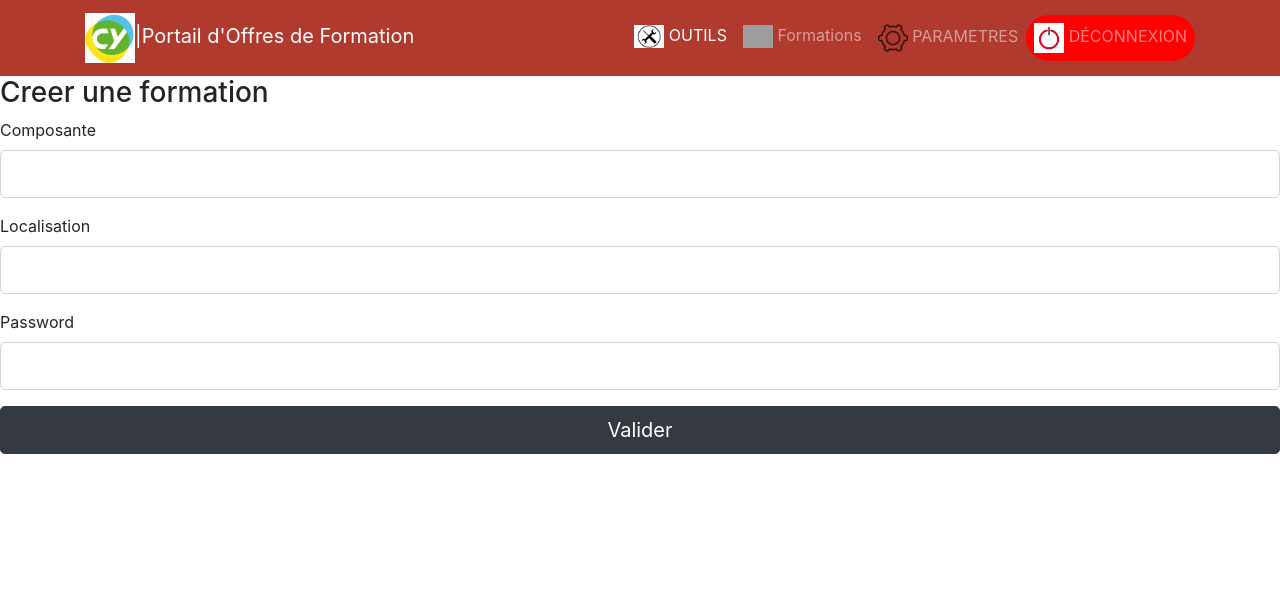
Repository: BaldeThierno1990/Projet-1-formation-tableau-generique-vue-export
Page: / (app in mcc/)
These files come from the project's save history. The page is drawn as it stood at one moment and after the next save; the edit follows.
The browser window is 1280 px wide. The pictures show the whole page.
Pictures or frames that could not be fetched are drawn as grey boxes. The project was rebuilt for these pictures with package versions that can differ from the ones it lists, and the page was loaded fresh each time.

Above is the page before, as saved 2021-03-29 11:05:26.

### mcc/src/main.js
import Vue from 'vue'
import App from './App.vue'

import 'bootstrap';
import 'bootstrap/dist/css/bootstrap.min.css';

Vue.config.productionTip = false

new Vue({
  render: h => h(App),
}).$mount('#app')

### mcc/src/App.vue
<template>
  <div id="app">
    <v-header></v-header>
   <creat-form></creat-form>

  </div>
</template>

<script>

import VHeader from "./components/menu/VHeader.vue";


import CreatForm from './components/tableau/Creat-form.vue';

export default {
  name: "App",
  components: {
    VHeader,
    CreatForm,


  },
};
</script>

<style>
#app {
  font-family: Avenir, Helvetica, Arial, sans-serif;
  -webkit-font-smoothing: antialiased;
  -moz-osx-font-smoothing: grayscale;
  text-align: center;
  color: #2c3e50;
}
#nav {
  padding: 30px;
}
/*Pour tous les appareils équipés d'écrans et dont la taille est inférieure à 780px*/
@media screen and (max-width: 780px){
    body{
        background-color: #848; /*Violet*/
  }
    .conteneur-flex{
        flex-flow: column wrap;
    }
}

### mcc/src/components/menu/VHeader.vue
<template>
  <div class="header">
    <!-- Navigation -->
    <nav class="navbar navbar-expand-lg navbar-dark static-top" id="nav">
      <div class="container">
        <a class="navbar-brand" href="#">
          <img src="@/assets/logo.jpg" alt="Logo" width="50" />|Portail d'Offres
          de Formation
        </a>
        <button
          class="navbar-toggler"
          type="button"
          data-toggle="collapse"
          data-target="#navbarResponsive"
          aria-controls="navbarResponsive"
          aria-expanded="false"
          aria-label="Toggle navigation"
        >
          <span class="navbar-toggler-icon"></span>
        </button>
        <div class="collapse navbar-collapse" id="navbarResponsive">
          <ul class="navbar-nav ml-auto">
            <li class="nav-item active">
              <a class="nav-link" href="#">
                <img src="@/assets/icone_outils.jpg" alt="Outils" width="30" />
                OUTILS
                <span class="sr-only">(current)</span>
              </a>
            </li>

            <li class="nav-item">
              <a class="nav-link" href="#"
                ><img
                  src="@/assets/icone_formation.png"
                  alt="Formation"
                  width="30"
                />
                Formations</a
              >
            </li>
            <li class="nav-item">
              <a class="nav-link" href="#"
                ><img
                  src="@/assets/icone_parametre.png"
                  alt="Parametre"
                  width="30"
                />
                PARAMETRES</a
              >
            </li>
            <li class="nav-item">
              <a id="out" class="nav-link" href="#">
                <img
                  src="@/assets/icone_deconnexion.jpeg"
                  alt="Formation"
                  width="30"
                />
                DÉCONNEXION</a
              >
            </li>
          </ul>
        </div>
      </div>
    </nav>
  </div>
</template>
<style>
#nav {
  background-color: #b03a2e;
}
#out {
  background-color: red;
  border-radius: 30px;
}
li a {
  color: white;
}
</style>

### mcc/src/components/tableau/Creat-form.vue
<template>
    <div class="vue-tempalte">
        <form>
            <h3>Creer une formation</h3>

            <div class="form-group">
                <label>Composante</label>
                <input type="text" class="form-control form-control-lg"/>
            </div>

            <div class="form-group">
                <label>Localisation</label>
                <input type="email" class="form-control form-control-lg" />
            </div>

            <div class="form-group">
                <label>Password</label>
                <input type="password" class="form-control form-control-lg" />
            </div>

            <button type="submit" class="btn btn-dark btn-lg btn-block">Valider</button>


        </form>
    </div>
</template>

<script>
    export default {
       data() {
    return {
      form: {
        name: "",
        email: "",
        password: " "
      }
    };
  },


      }



</script>

Loaded but not shown: mcc/public/index.html (common file)

After the next save:
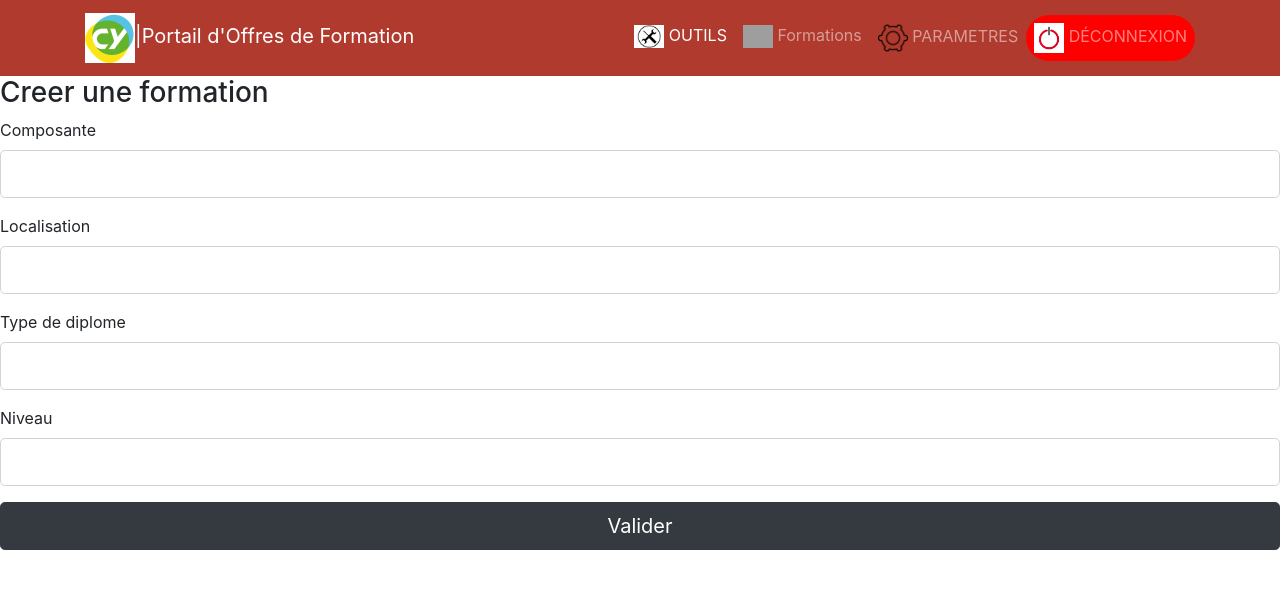
Saved 104 s later.
--- a/mcc/src/components/tableau/Creat-form.vue
+++ b/mcc/src/components/tableau/Creat-form.vue
@@ -10,12 +10,16 @@
 
             <div class="form-group">
                 <label>Localisation</label>
-                <input type="email" class="form-control form-control-lg" />
+                <input type="local" class="form-control form-control-lg" />
             </div>
 
             <div class="form-group">
-                <label>Password</label>
-                <input type="password" class="form-control form-control-lg" />
+                <label>Type de diplome</label>
+                <input type="diplome" class="form-control form-control-lg" />
+            </div>
+              <div class="form-group">
+                <label>Niveau</label>
+                <input type="diplome" class="form-control form-control-lg" />
             </div>
 
             <button type="submit" class="btn btn-dark btn-lg btn-block">Valider</button>
